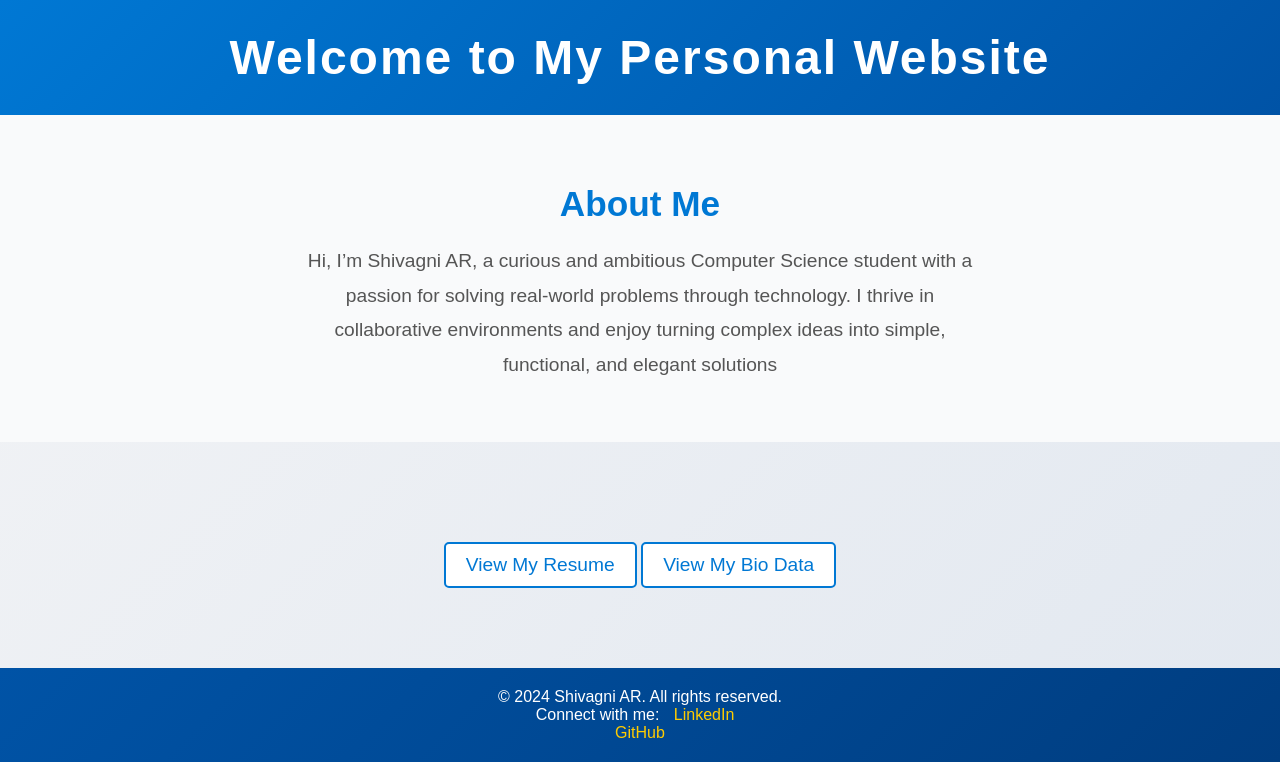
Repository: shivagni518/WEB-1
Page: index.html
These files come from the project's save history. The page is drawn as it stood at one moment and after the next save; the edit follows.
The browser window is 1280 px wide. The pictures show the whole page.

Above is the page before, as saved 2024-12-01 16:31:03.

After the next save:
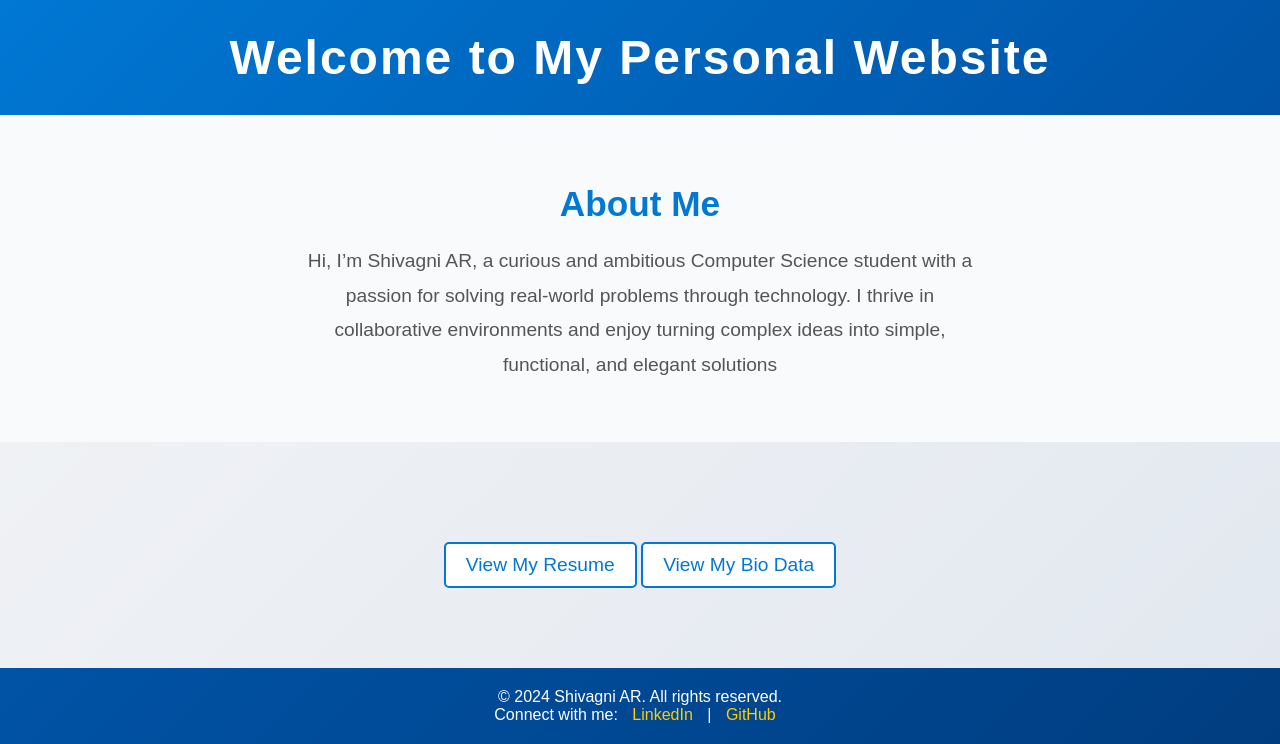
Saved 17 s later.
--- a/index.html
+++ b/index.html
@@ -176,7 +176,7 @@
     <footer>
         <p>&copy; 2024 Shivagni AR. All rights reserved.</p>
         <p>Connect with me:
-             <a href="www.linkedin.com/in/shivagni-ar-656331263" target="_blank">LinkedIn</a></p>
+            <a href="www.linkedin.com/in/shivagni-ar-656331263">LinkedIn</a> |
             <a href="https://github.com/shivagni518">GitHub</a>
         </p>
     </footer>
